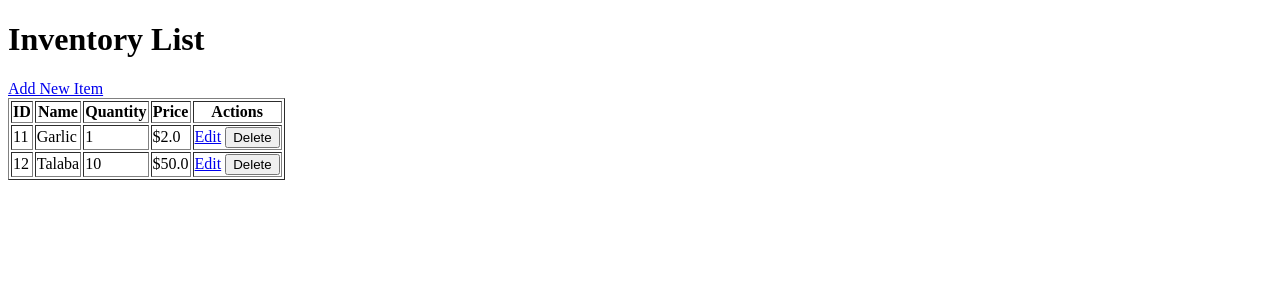
Repository: Stoldark/PLMUN
Page: http://localhost/
These files come from the project's save history. The page is drawn as it stood at one moment and after the next save; the edit follows.
The browser window is 1280 px wide. The pictures show the whole page.
The page is served by the project's application, run on Flask 3 (tempCodeRunnerFile.py). The user the application loads for id 1 is signed in. The page reads the database file committed with the project.

Above is the page before, as saved 2024-09-07 22:15:01.

After the next save:
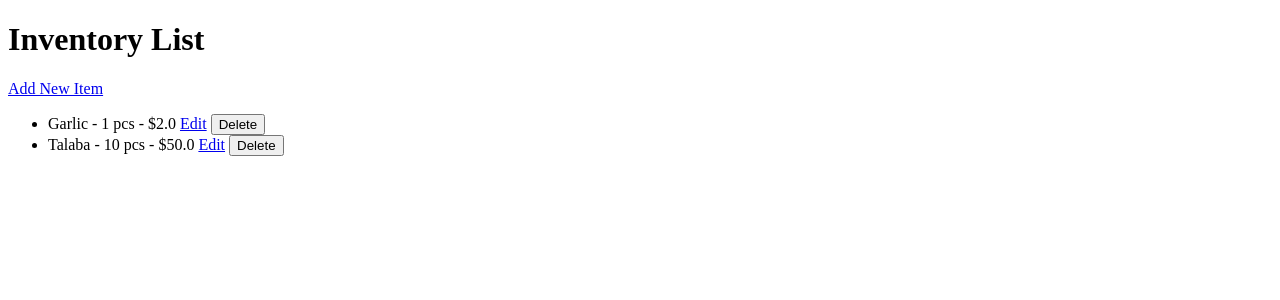
Saved 4 min 47 s later.
--- a/templates/index.html
+++ b/templates/index.html
@@ -7,34 +7,17 @@
 </head>
 <body>
     <h1>Inventory List</h1>
-    <a href="{{ url_for('add_item') }}">Add New Item</a>
-
-    <table border="1">
-        <thead>
-            <tr>
-                <th>ID</th>
-                <th>Name</th>
-                <th>Quantity</th>
-                <th>Price</th>
-                <th>Actions</th>
-            </tr>
-        </thead>
-        <tbody>
-            {% for item in items %}
-            <tr>
-                <td>{{ item.id }}</td>
-                <td>{{ item.name }}</td>
-                <td>{{ item.quantity }}</td>
-                <td>${{ item.price }}</td>
-                <td>
-                    <a href="{{ url_for('edit_item', id=item.id) }}">Edit</a>
-                    <form action="{{ url_for('delete_item', id=item.id) }}" method="post" style="display:inline;">
-                        <button type="submit">Delete</button>
-                    </form>
-                </td>
-            </tr>
-            {% endfor %}
-        </tbody>
-    </table>
+    <a href="/add">Add New Item</a>
+    <ul>
+        {% for item in items %}
+            <li>
+                {{ item.name }} - {{ item.quantity }} pcs - ${{ item.price }}
+                <a href="{{ url_for('edit_item', id=item.id) }}">Edit</a>
+                <form action="{{ url_for('delete_item', id=item.id) }}" method="post" style="display:inline;">
+                    <button type="submit">Delete</button>
+                </form>
+            </li>
+        {% endfor %}
+    </ul>
 </body>
 </html>
